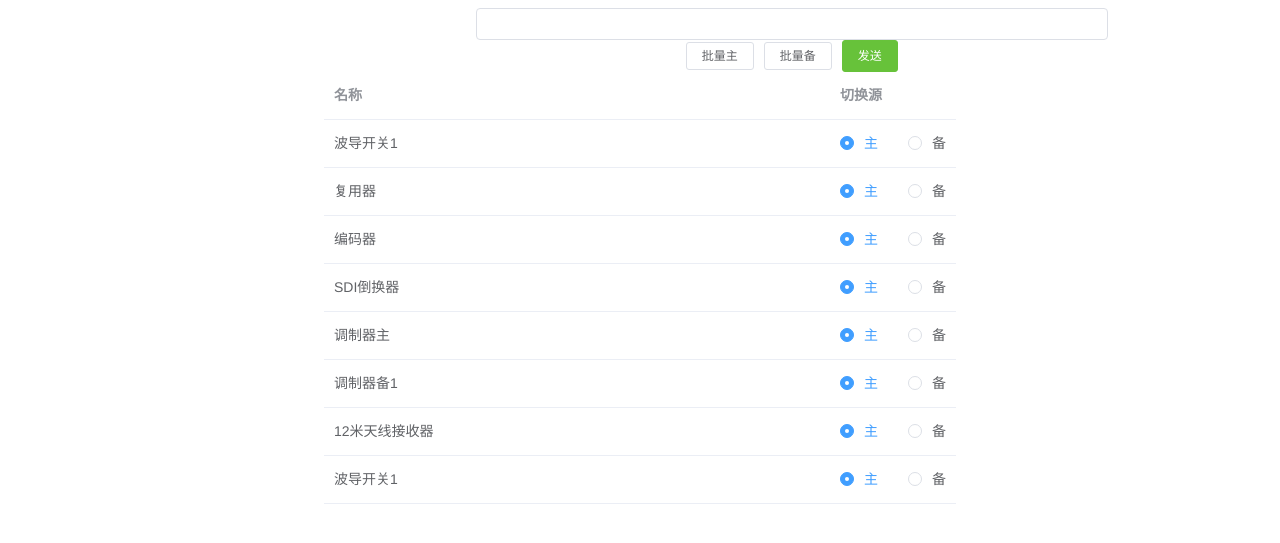
Repository: faintout/BHMQTTSendTool
Page: /
These files come from the project's save history. The page is drawn as it stood at one moment and after the next save; the edit follows.
The browser window is 1280 px wide. The pictures show the whole page.
The project was rebuilt for these pictures with package versions that can differ from the ones it lists, and the page was loaded fresh each time. Also part of the build but not shown: vue.config.js.

Above is the page before, as saved 2020-08-26 15:27:45.

After the next save:
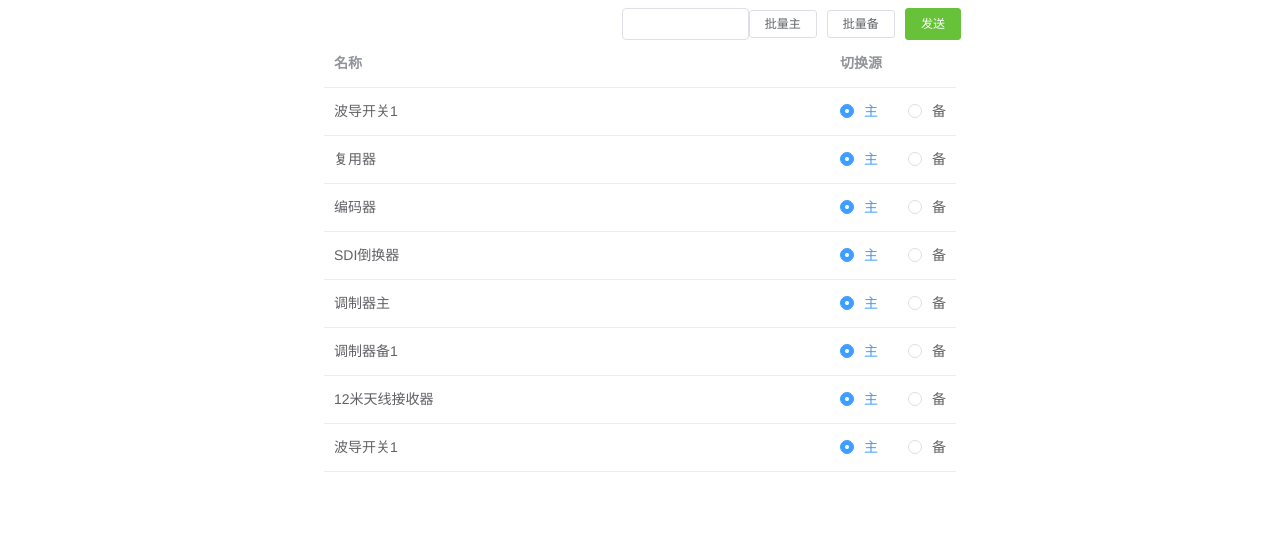
Saved 17 s later.
--- a/src/views/Home.vue
+++ b/src/views/Home.vue
@@ -3,7 +3,7 @@
         <title></title>
         <!-- 按钮模块 -->
         <div style="position: relative;left: calc(50% - 13%);width: 50%;">
-            <el-input style="display:inline-block"  size="small" v-model="IPlocal"></el-input>
+            <el-input style="display:inline-block;width:20%"  size="small" v-model="IPlocal"></el-input>
             <el-button size="mini" @click="batch(0)">批量主</el-button>
             <el-button size="mini" @click="batch(1)">批量备</el-button>
             <el-button type="success" size="small" @click="sendData">发送</el-button>

After the save that followed:
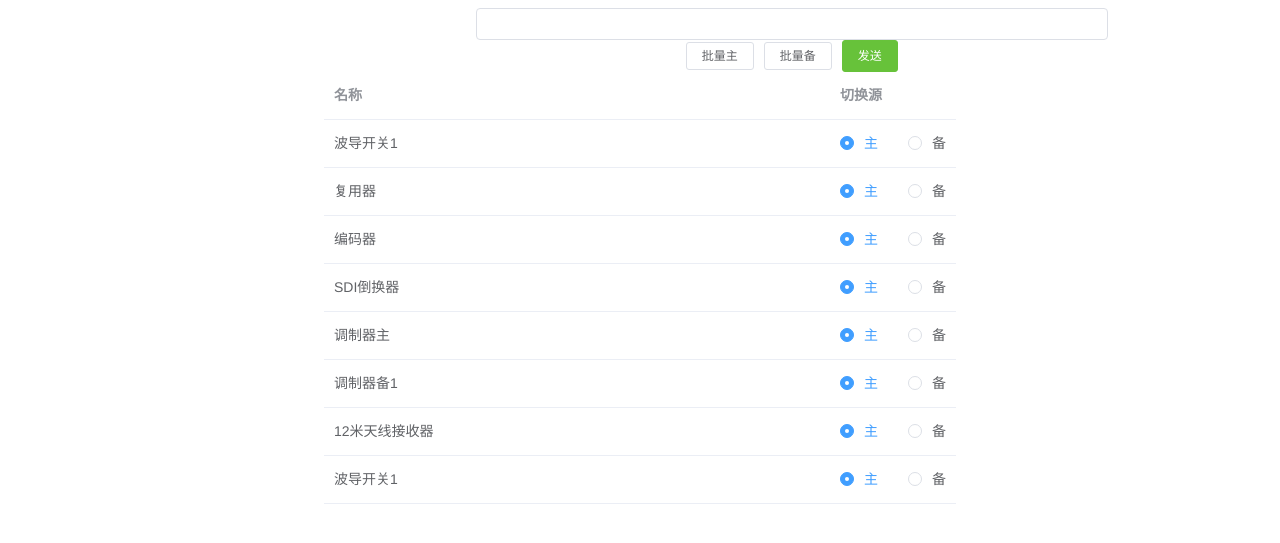
Saved 10 s later.
--- a/src/views/Home.vue
+++ b/src/views/Home.vue
@@ -3,7 +3,7 @@
         <title></title>
         <!-- 按钮模块 -->
         <div style="position: relative;left: calc(50% - 13%);width: 50%;">
-            <el-input style="display:inline-block;width:20%"  size="small" v-model="IPlocal"></el-input>
+            <el-input style="display:inline-block;width:20%；right:10%"  size="small" v-model="IPlocal"></el-input>
             <el-button size="mini" @click="batch(0)">批量主</el-button>
             <el-button size="mini" @click="batch(1)">批量备</el-button>
             <el-button type="success" size="small" @click="sendData">发送</el-button>
